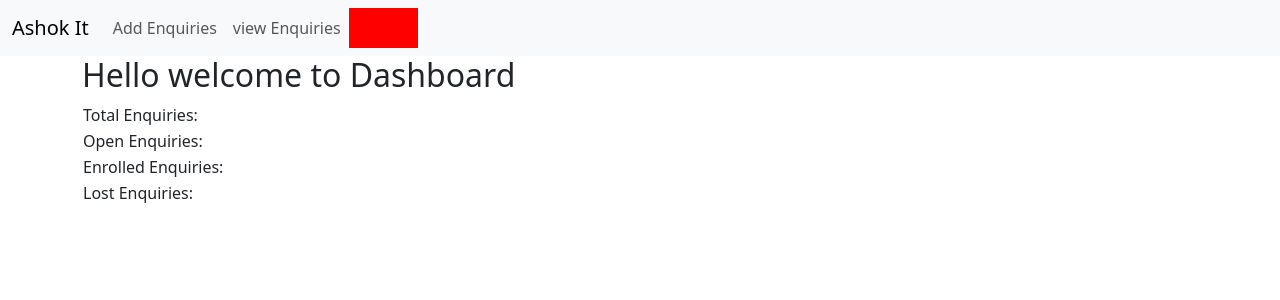
Repository: dibyajyotipanigrahi/Mini-Projects
Page: http://localhost/dashboard
These files come from the project's save history. The page is drawn as it stood at one moment and after the next save; the edit follows.
The browser window is 1280 px wide. The pictures show the whole page.
The page is this project's Thymeleaf template; nobody is signed in. The template is opened directly, without the code that normally fills it, so the values that code supplies are empty.

Above is the page before, as saved 2024-04-25 19:09:17.

After the next save:
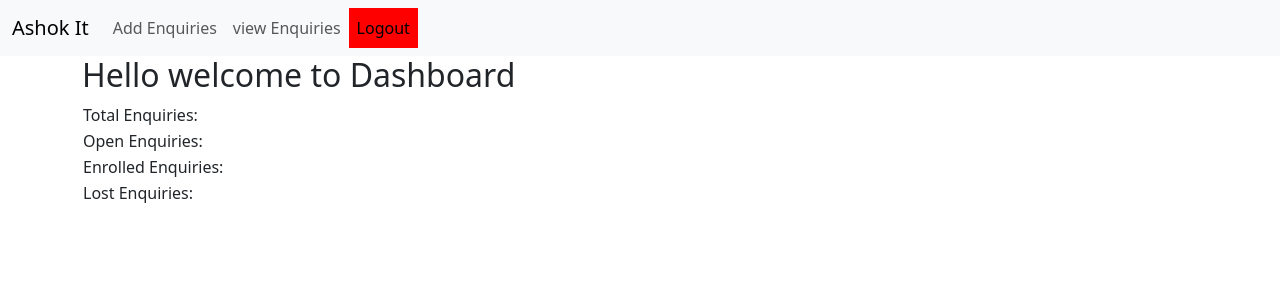
Saved 18 s later.
--- a/01-Councellors-Application/src/main/resources/templates/dashboard.html
+++ b/01-Councellors-Application/src/main/resources/templates/dashboard.html
@@ -30,7 +30,7 @@
 						<a class="nav-link" href="enquiries">view Enquiries</a>
 					</li>
 					<li class="nav-item">
-						<a class="nav-link" href="logout" style="color: red;background-color: red;">Logout</a>
+						<a class="nav-link" href="logout" style="color: black;background-color: red;">Logout</a>
 					</li>
 
 				</ul>
